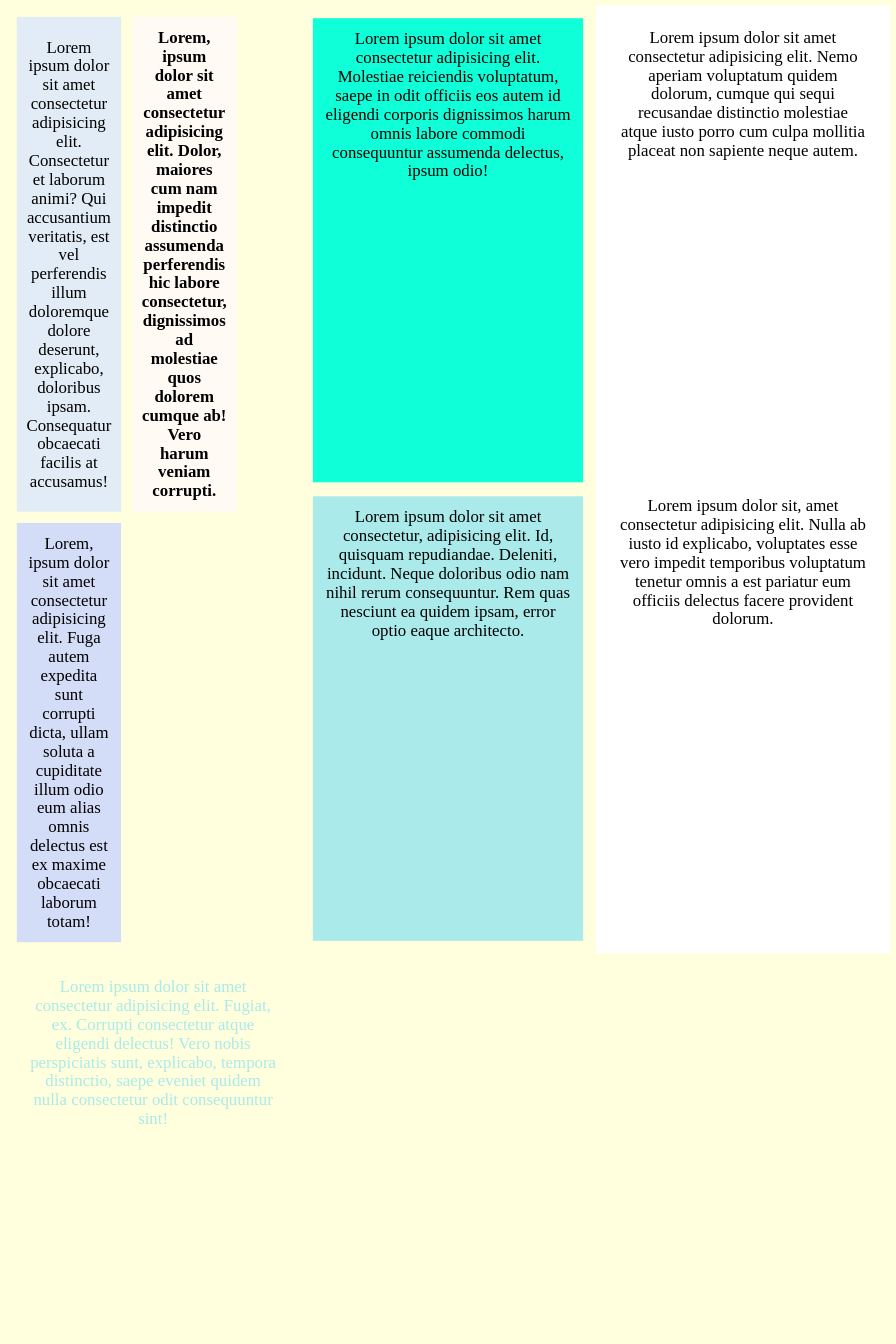
Repository: HTML-a-CSS-2/projekt-portfolio-Angelina555555
Page: .github/index.html
An editor plug-in stored every save of this project. The page is shown before and after the next save, followed by the edit.
The browser window is 1280 px wide. The pictures show the part of the page from y = 0 to 1920 px (the page is 4078 px tall), at 70% of full size.

Above is the page before, as saved 2022-05-15 19:40:49.

### .github/index.html
<!DOCTYPE html>
<html lang="en">
  <head>
    <meta charset="UTF-8" />
    <meta http-equiv="X-UA-Compatible" content="IE=edge" />
    <meta name="viewport" content="width=device-width, initial-scale=1.0" />
    <link rel="stylesheet" href="default.css" />
    <title>Document</title>
  </head>
  <body>
    <div class="menu">
      <ul id="nav">
        <li>Lorem</li>
        <li>Ipsum</li>
        <li>Dolor</li>
        <li>Amet</li>
      </ul>
    </div>
    <div class="article">
      <div class="article__element-jeden article__element-jeden--blue">
        Lorem ipsum dolor sit amet consectetur adipisicing elit. Consectetur et
        laborum animi? Qui accusantium veritatis, est vel perferendis illum
        doloremque dolore deserunt, explicabo, doloribus ipsam. Consequatur
        obcaecati facilis at accusamus!
      </div>
      <div
        class="article__element-dva article__element-dva--pink article__element-dva--big"
      >
        Lorem, ipsum dolor sit amet consectetur adipisicing elit. Dolor, maiores
        cum nam impedit distinctio assumenda perferendis hic labore consectetur,
        dignissimos ad molestiae quos dolorem cumque ab! Vero harum veniam
        corrupti.
      </div>
      <div class="article__element-tri article__element-tri--purple">
        Lorem, ipsum dolor sit amet consectetur adipisicing elit. Fuga autem
        expedita sunt corrupti dicta, ullam soluta a cupiditate illum odio eum
        alias omnis delectus est ex maxime obcaecati laborum totam!
      </div>
    </div>
    <div class="age">
      <div class="age__element-ctyri age__element-ctyri--green">
        Lorem ipsum dolor sit amet consectetur adipisicing elit. Molestiae
        reiciendis voluptatum, saepe in odit officiis eos autem id eligendi
        corporis dignissimos harum omnis labore commodi consequuntur assumenda
        delectus, ipsum odio!
      </div>
      <div class="age__element-pet age__element-pet--mint">
        Lorem ipsum dolor sit amet consectetur, adipisicing elit. Id, quisquam
        repudiandae. Deleniti, incidunt. Neque doloribus odio nam nihil rerum
        consequuntur. Rem quas nesciunt ea quidem ipsam, error optio eaque
        architecto.
      </div>
    </div>
    <div class="leader">
      <div class="leader__element-sest leader__element-sest--padding-small">
        Lorem ipsum dolor sit amet consectetur adipisicing elit. Nemo aperiam
        voluptatum quidem dolorum, cumque qui sequi recusandae distinctio
        molestiae atque iusto porro cum culpa mollitia placeat non sapiente
        neque autem.
      </div>
      <div class="leader__element-sedm leader__element-sedm--padding-small">
        Lorem ipsum dolor sit, amet consectetur adipisicing elit. Nulla ab iusto
        id explicabo, voluptates esse vero impedit temporibus voluptatum tenetur
        omnis a est pariatur eum officiis delectus facere provident dolorum.
      </div>
    </div>
    <div class="blok-posledni">
      <div class="blok-posledni__element-osm blok-posledni__element-osm--mint">
        Lorem ipsum dolor sit amet consectetur adipisicing elit. Fugiat, ex.
        Corrupti consectetur atque eligendi delectus! Vero nobis perspiciatis
        sunt, explicabo, tempora distinctio, saepe eveniet quidem nulla
        consectetur odit consequuntur sint!
      </div>
      <div
        class="blok-posledni__element-devet blok-posledni__element-devet--green"
      >
        Lorem ipsum dolor sit, amet consectetur adipisicing elit. Accusamus
        veritatis quam ex id quibusdam voluptatum, magni voluptas. Ab ipsam iure
        ea doloribus nulla cum voluptate maiores, ut ullam in sed.
      </div>
    </div>
  </body>
</html>

### .github/default.css
body {
  background-color: #ffffdd;
  display: grid;
  grid-template-columns: 1fr 1fr 1fr;
  grid-template-rows: 1fr 1fr 1fr;
}

.menu {
  width: 100%;
  height: 10%;
  grid-row-start: 3;
  background-color: #fdedf5;
  padding: 2rem;
  font-size: 1.5rem;
}

.article,
.age,
.leader,
.blok-posledni {
  padding: 1rem;
  display: flex;
  flex-wrap: wrap;
  text-align: center;
  gap: 1rem;
}

.article__element-jeden,
.article__element-dva,
.article__element-tri {
  display: flex;
  justify-content: center;
  align-items: center;
  padding: 1rem 1rem;
  width: 30%;
  font-size: 1.5rem;
}

.article__element-jeden--blue {
  background-color: #e1ecf6;
}
.article__element-dva--pink {
  background-color: #fffbf4;
}
.article__element-tri--purple {
  background-color: #d4ddf7;
}

.article__element-dva--big {
  font-weight: bold;
}

.age__element-ctyri,
.age__element-pet,
.leader__element-sest,
.leader__element-sedm,
.blok-posledni__element-osm,
.blok-posledni__element-devet {
  padding: 1rem 1rem;
  margin: 2px;
  font-size: 1.5rem;
}

.age__element-ctyri--green {
  background-color: #0fffd9;
}
.age__element-pet--mint {
  background-color: #aaeaeb;
}
.leader {
  background-color: white;
}
.leader__element-sest--padding-small,
.leader__element-sedm--padding-small {
  padding: 0.9rem;
}
.blok-posledni__element-osm--mint {
  color: #aaeaeb;
}

.blok-posledni__element-devet--green {
  color: #0fffd9;
}

After the next save:
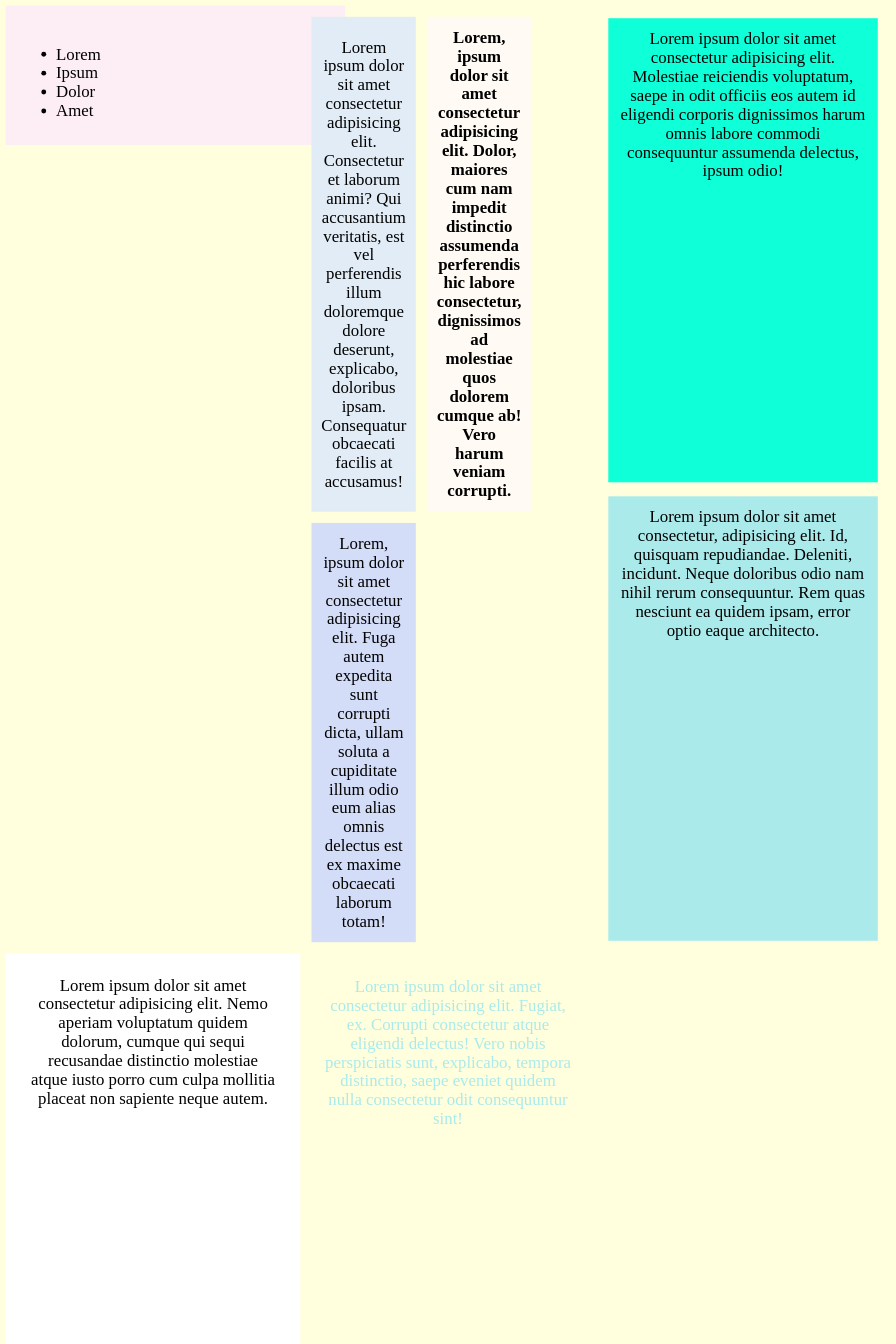
Saved 19 s later.
--- a/.github/default.css
+++ b/.github/default.css
@@ -8,7 +8,7 @@ body {
 .menu {
   width: 100%;
   height: 10%;
-  grid-row-start: 3;
+  grid-row-start: 1;
   background-color: #fdedf5;
   padding: 2rem;
   font-size: 1.5rem;
